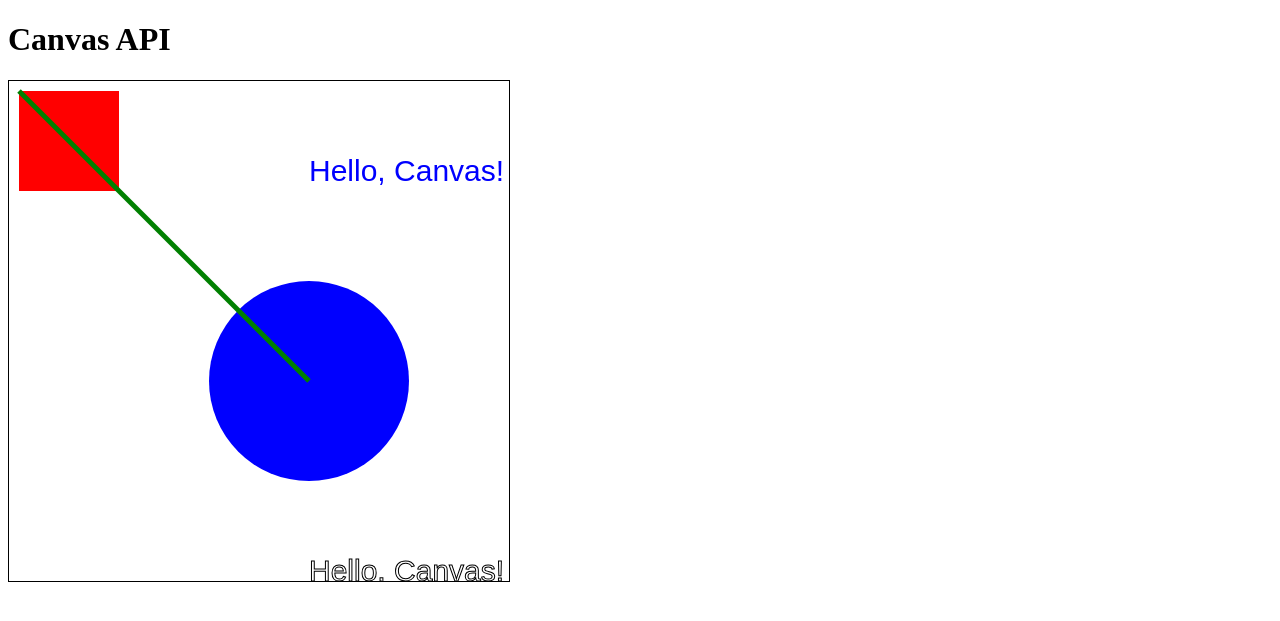
Repository: aobeid1979/small-ideas-
Page: Canvas API/index.html
The author's editor kept a copy of each file at every save. The page is drawn from the files as they stood at one save, then again after the next save.
The browser window is 1280 px wide. The pictures show the whole page.

Above is the page before, as saved 2025-06-28 13:46:05.
Console error (its wording comes from the project's code and is left out).

After the next save:
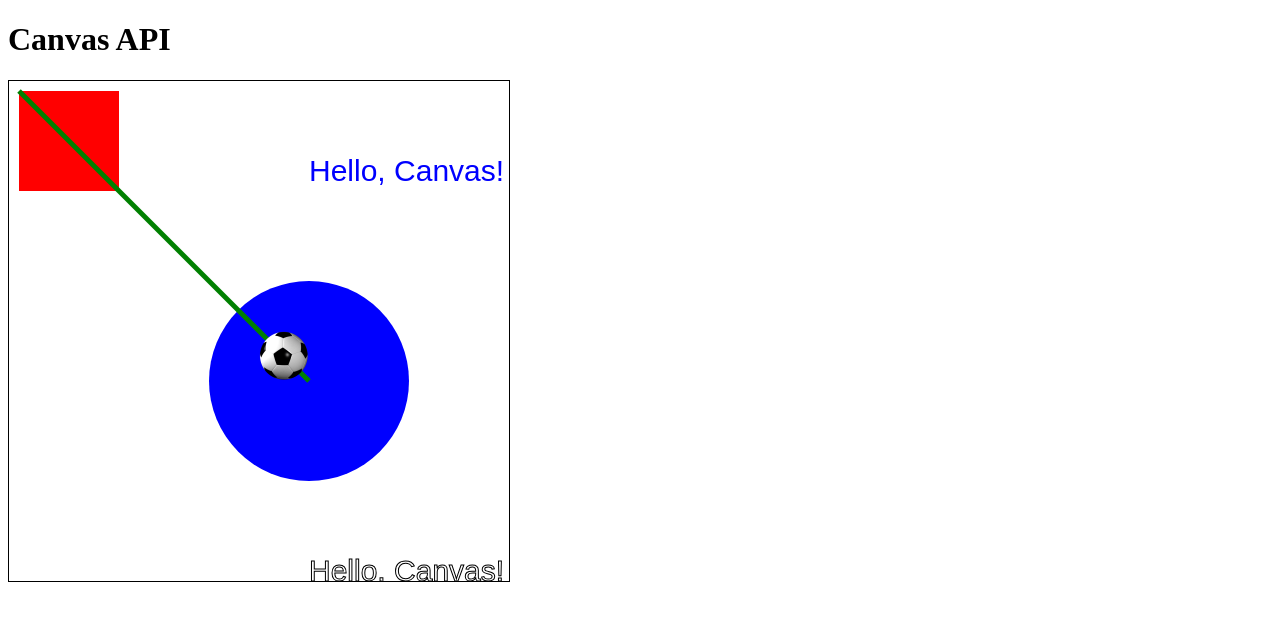
The error is gone.
Saved 4 s later.
--- a/Canvas API/script.js
+++ b/Canvas API/script.js
@@ -28,4 +28,4 @@ ctx.strokeText('Hello, Canvas!', 300, 500, 300);
 const img = document.querySelector('img');
 img.style.display= 'none';
 
-img.addEventListener('load' , () => ctx.drawImage(img, 250))
+img.addEventListener('load' , () => ctx.drawImage(img, 250,250))
